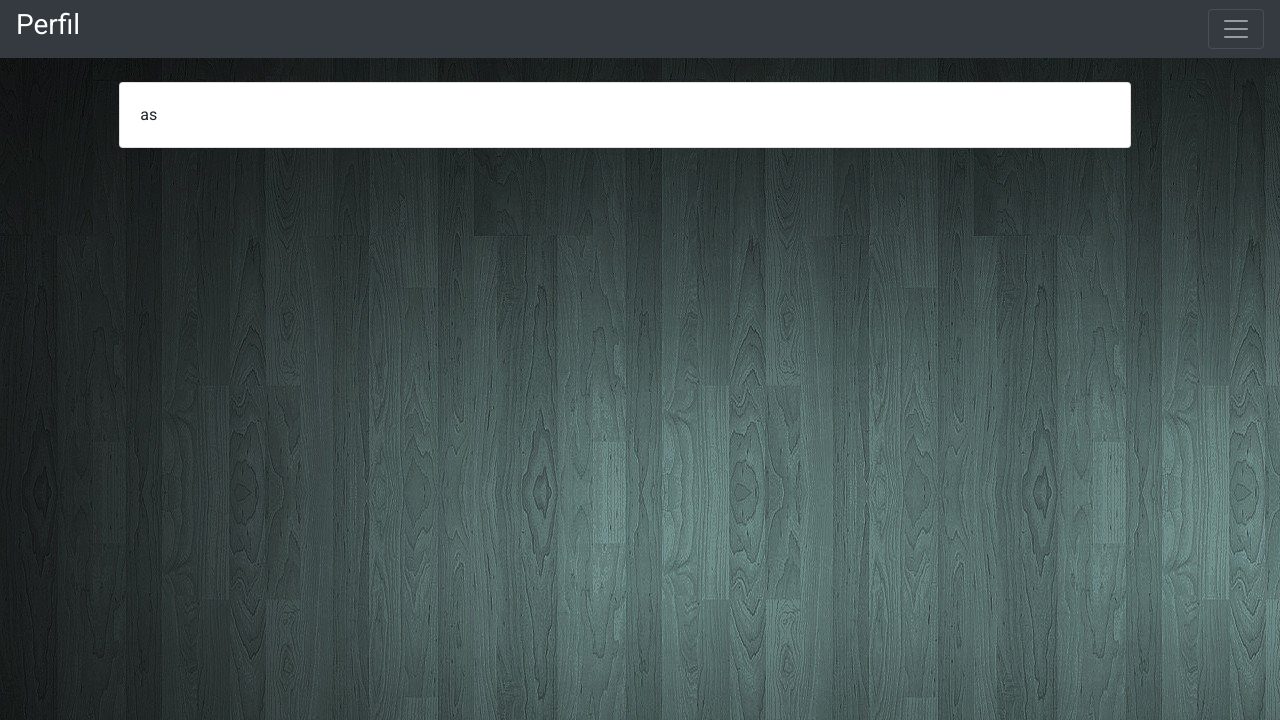
Repository: UncEmerson/UncEmerson
Page: index.html
An editor plug-in stored every save of this project. The page is shown before and after the next save, followed by the edit.
The browser window is 1280 px wide. The pictures show the whole page.
Pictures or frames that could not be fetched are drawn as grey boxes.

Above is the page before, as saved 2019-06-12 00:42:23.

After the next save:
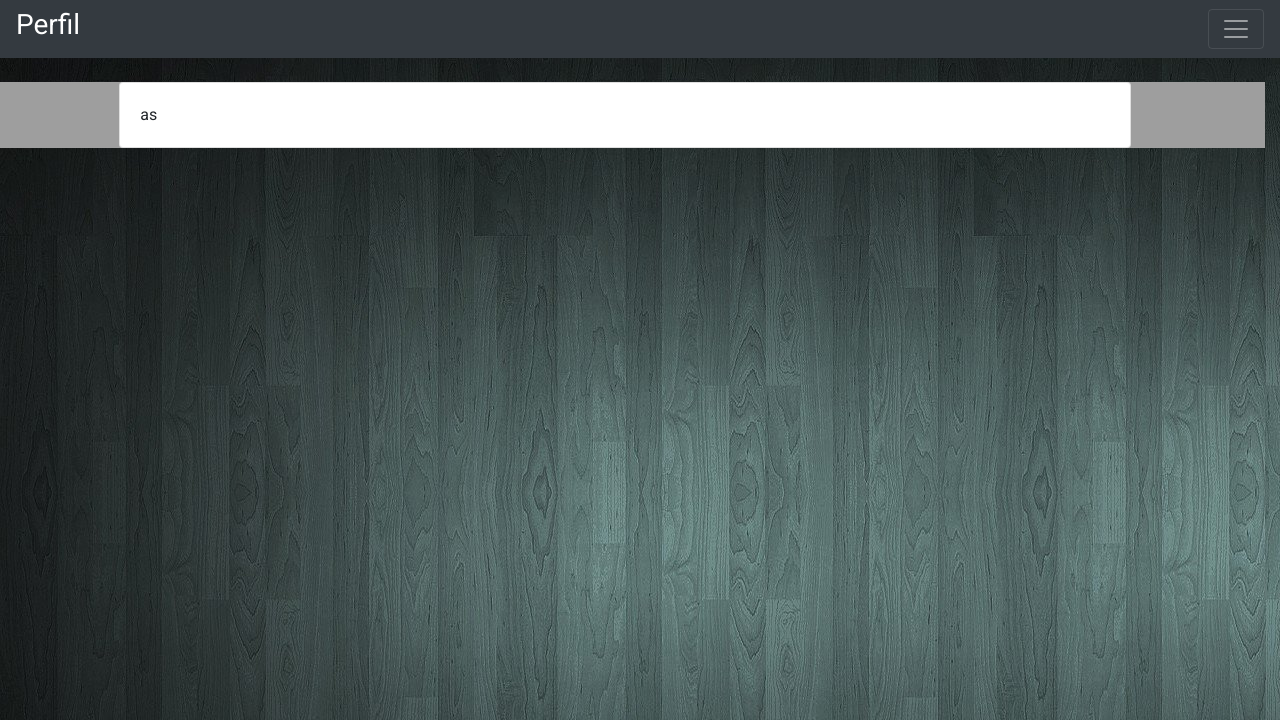
Saved 14 s later.
--- a/index.html
+++ b/index.html
@@ -66,7 +66,7 @@
         </div>
     </header>
 
-    <section class="mt-4 col-md-12 row justify-content-center ">
+    <section class="set1 mt-4 col-md-12 row justify-content-center ">
         <article class="col-md-10">
             <article class="card">
                 <article class="card-body">
